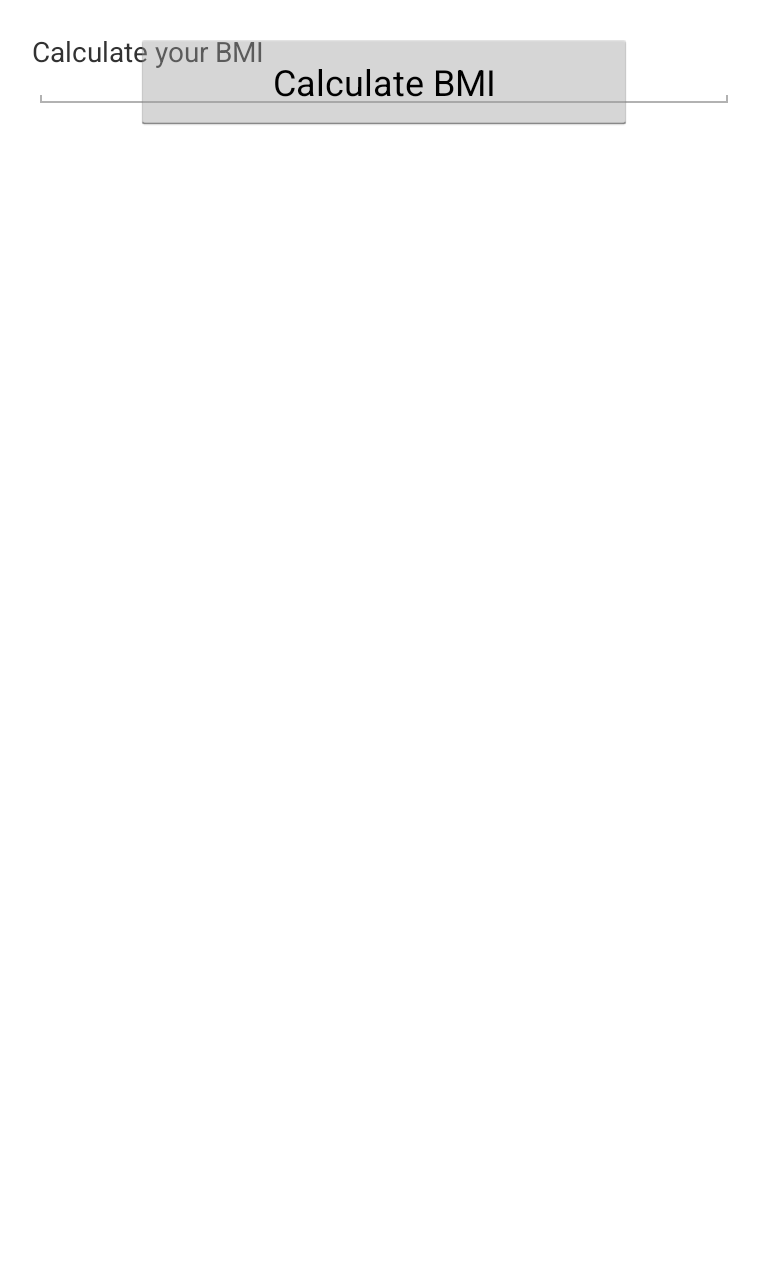
Repository: me222rs/AndroidLab1
Layout: BMI/res/layout/activity_main.xml
An editor plug-in stored every save of this project. The layout is shown before and after the next save, followed by the edit.
It is drawn on a 768 x 1280 px phone screen (xhdpi) without system bars, with theme AppTheme; the app's code is not run.

Above is the layout before, as saved 2014-11-17 10:29:21.

### BMI/res/layout/activity_main.xml
<RelativeLayout xmlns:android="http://schemas.android.com/apk/res/android"
    xmlns:tools="http://schemas.android.com/tools"
    android:layout_width="match_parent"
    android:layout_height="match_parent"
    android:paddingBottom="@dimen/activity_vertical_margin"
    android:paddingLeft="@dimen/activity_horizontal_margin"
    android:paddingRight="@dimen/activity_horizontal_margin"
    android:paddingTop="@dimen/activity_vertical_margin"
    tools:context="com.example.bmi.MainActivity" >

    <TextView
        android:layout_width="wrap_content"
        android:layout_height="wrap_content"
        android:text="Calculate your BMI" />


        <EditText android:id="@+id/length"
        android:inputType="number"
		android:layout_width="match_parent"
		android:layout_height="wrap_content" />


        <Button android:id="@+id/bmi_button"
        android:layout_centerHorizontal="true"
    	android:layout_height="50dp"
     	android:layout_width="250dp"
        android:layout_gravity="center"
        android:text="Calculate BMI" />

</RelativeLayout>

Loaded but not shown: BMI/res/values/styles.xml (common file); BMI/res/values-v11/styles.xml (common file); BMI/res/values-v14/styles.xml (common file); BMI/res/values/dimens.xml (common file); BMI/res/values-w820dp/dimens.xml (common file)

After the next save:
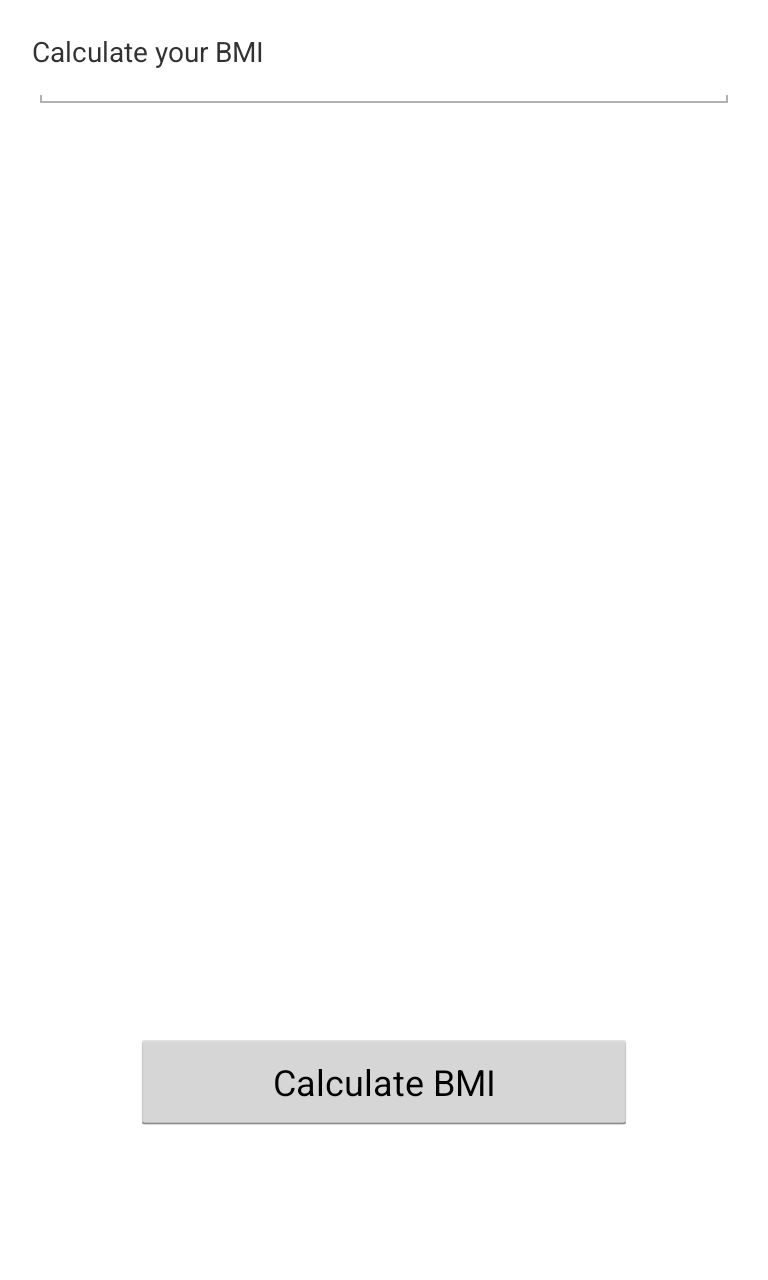
Saved 53 s later.
--- a/BMI/res/layout/activity_main.xml
+++ b/BMI/res/layout/activity_main.xml
@@ -24,6 +24,7 @@
         android:layout_centerHorizontal="true"
     	android:layout_height="50dp"
      	android:layout_width="250dp"
+     	android:layout_marginTop="500dp"
         android:layout_gravity="center"
         android:text="Calculate BMI" />
 
